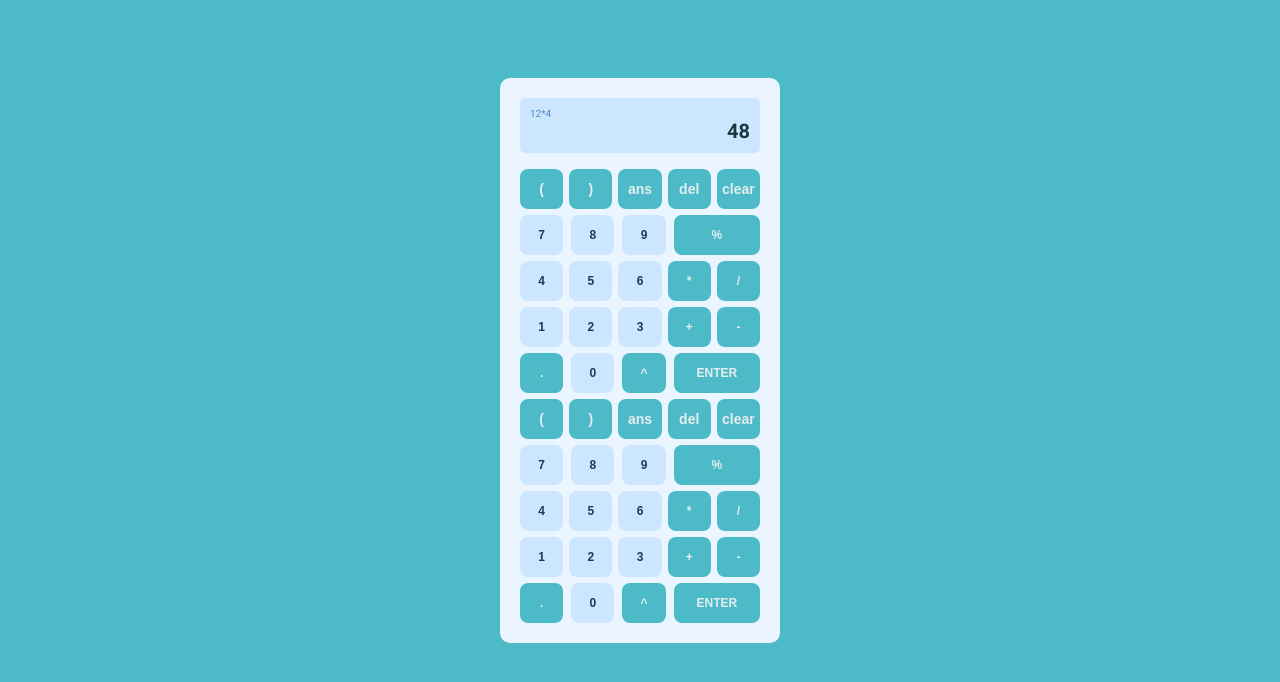
Repository: Herinyhert/Calculate-infix-a-postfix
Page: index.html
The author's editor kept a copy of each file at every save. The page is drawn from the files as they stood at one save, then again after the next save.
The browser window is 1280 px wide. The pictures show the whole page.

Above is the page before, as saved 2023-11-02 20:15:35.

After the next save:
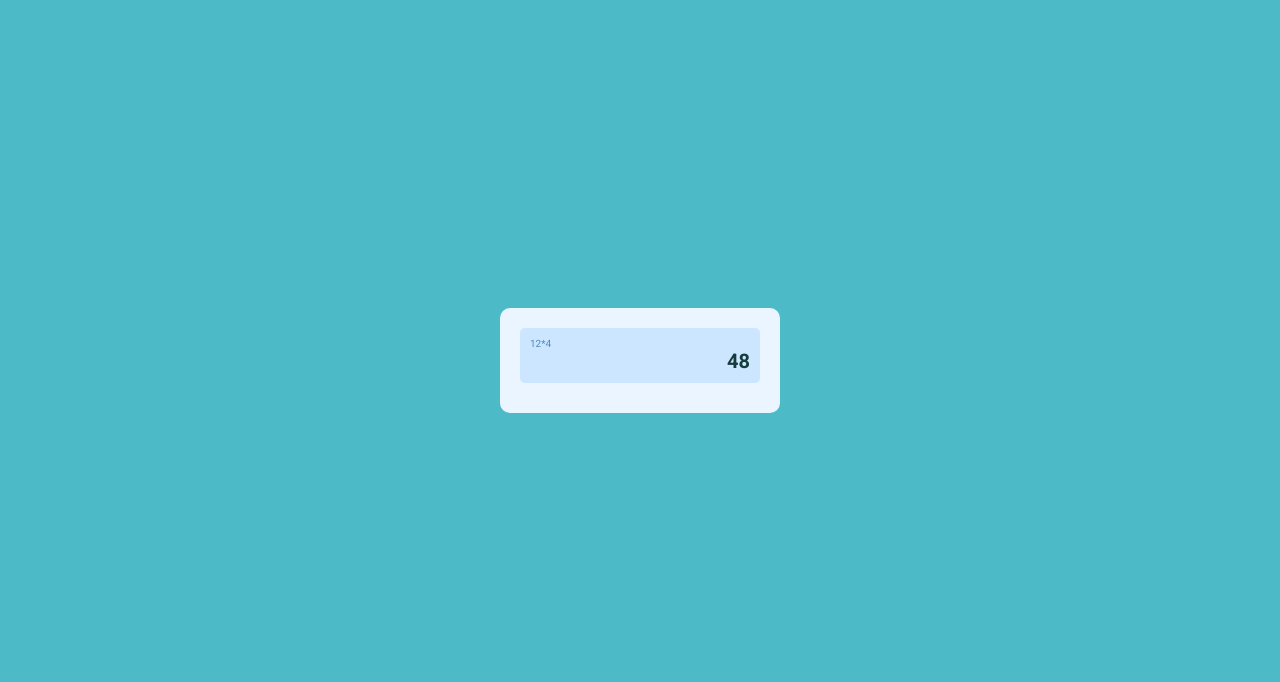
Console error (its wording comes from the project's code and is left out).
Saved 66 min 49 s later.
--- a/js/index.js
+++ b/js/index.js
@@ -1,8 +1 @@
-import { buttons } from './buttons.js';
-const buttonContainer = document.getElementById('calculator-buttons');
-buttons.forEach(button => {
-    const buttonElement = document.createElement('button');
-    buttonElement.className = button.className;
-    buttonElement.innerText = button.value.toString();
-    buttonContainer.appendChild(buttonElement);
-});
+import { operation } from "./buttons.js";

After the 2 saves that followed:
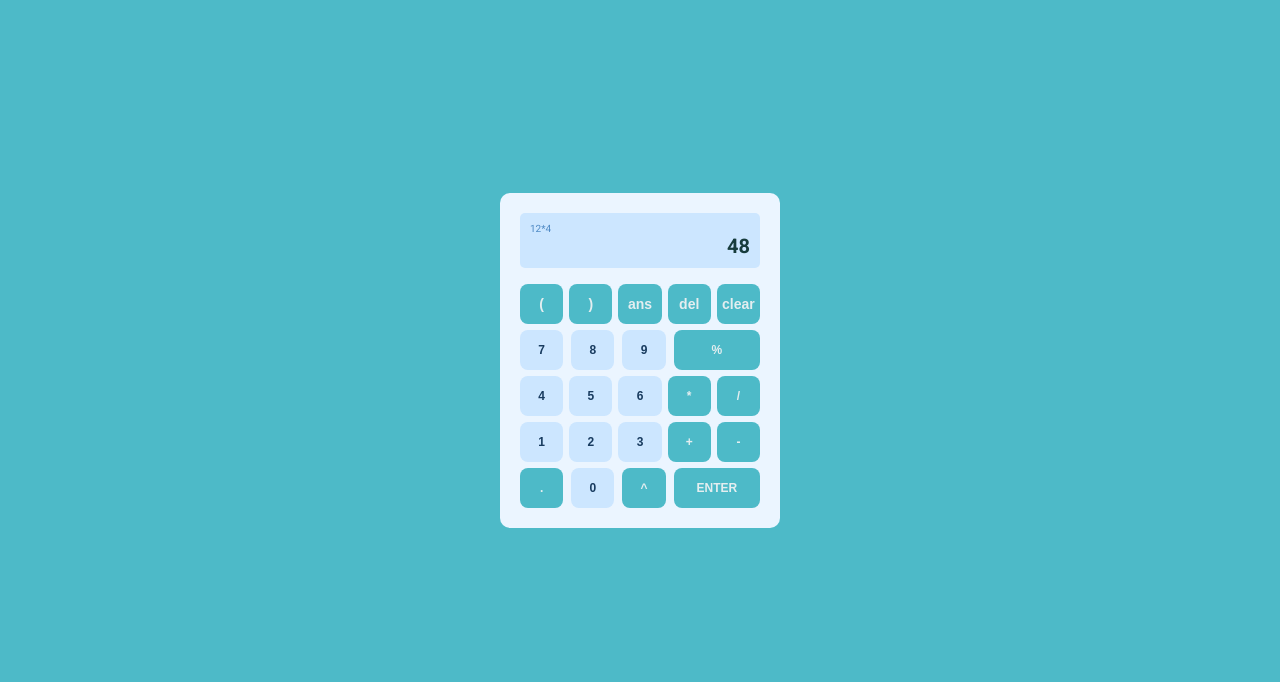
The error is gone.
The 2 saves are shown as one change because they came seconds apart.
The last was saved 6 s later.
--- a/js/index.js
+++ b/js/index.js
@@ -1 +1 @@
-import { operation } from "./buttons.js";
+import "./buttons.js";
